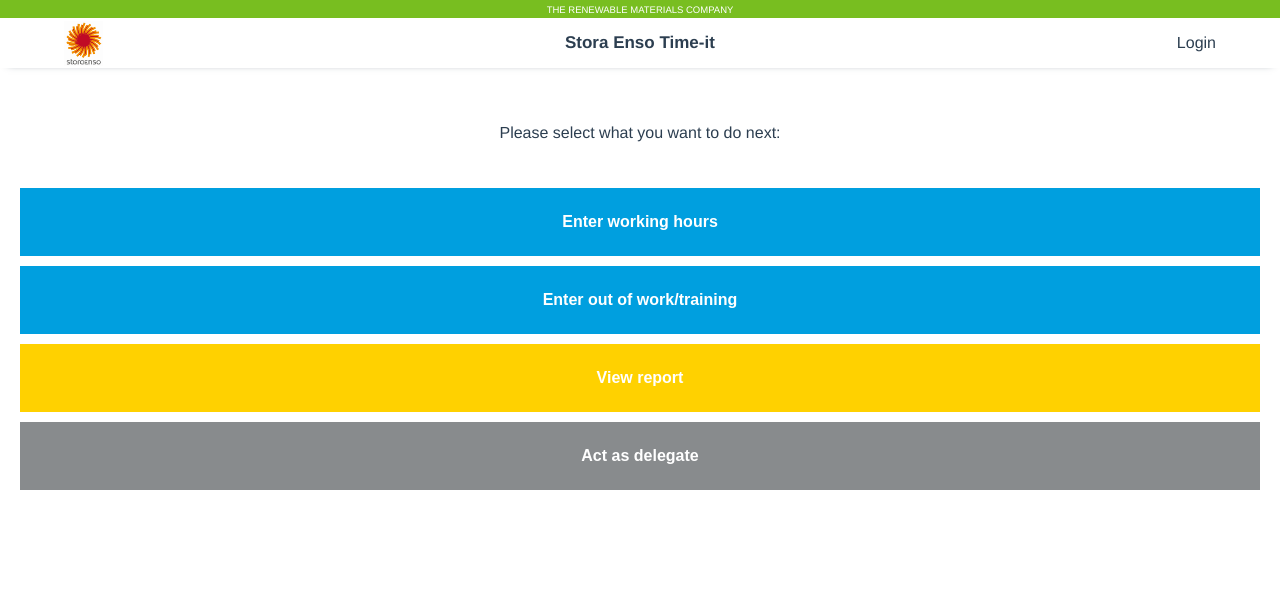
Repository: marianreha/vue-timeit
Page: /
The author's editor kept a copy of each file at every save. The page is drawn from the files as they stood at one save, then again after the next save.
The browser window is 1280 px wide. The pictures show the whole page.
Some web fonts or font styles are not loaded; a fallback is used. The project was rebuilt for these pictures with package versions that can differ from the ones it lists, and the page was loaded fresh each time. Also part of the build but not shown: vue.config.js.

Above is the page before, as saved 2020-03-29 21:13:13.

After the next save:
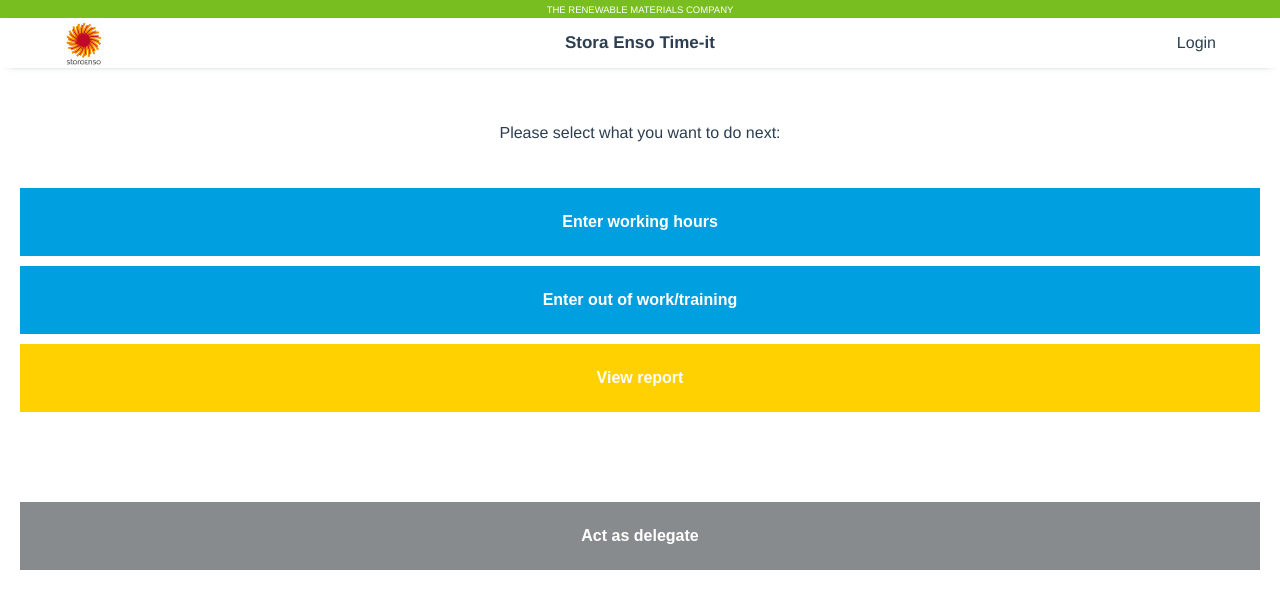
Saved 45 s later.
--- a/src/components/Home.vue
+++ b/src/components/Home.vue
@@ -47,8 +47,7 @@
 
 .btn-delegate {
     background-color: #888B8D;
-    /* margin-top: 80px; */
-    align-items: flex-end;
+    margin-top: 80px;
 }
 
 
